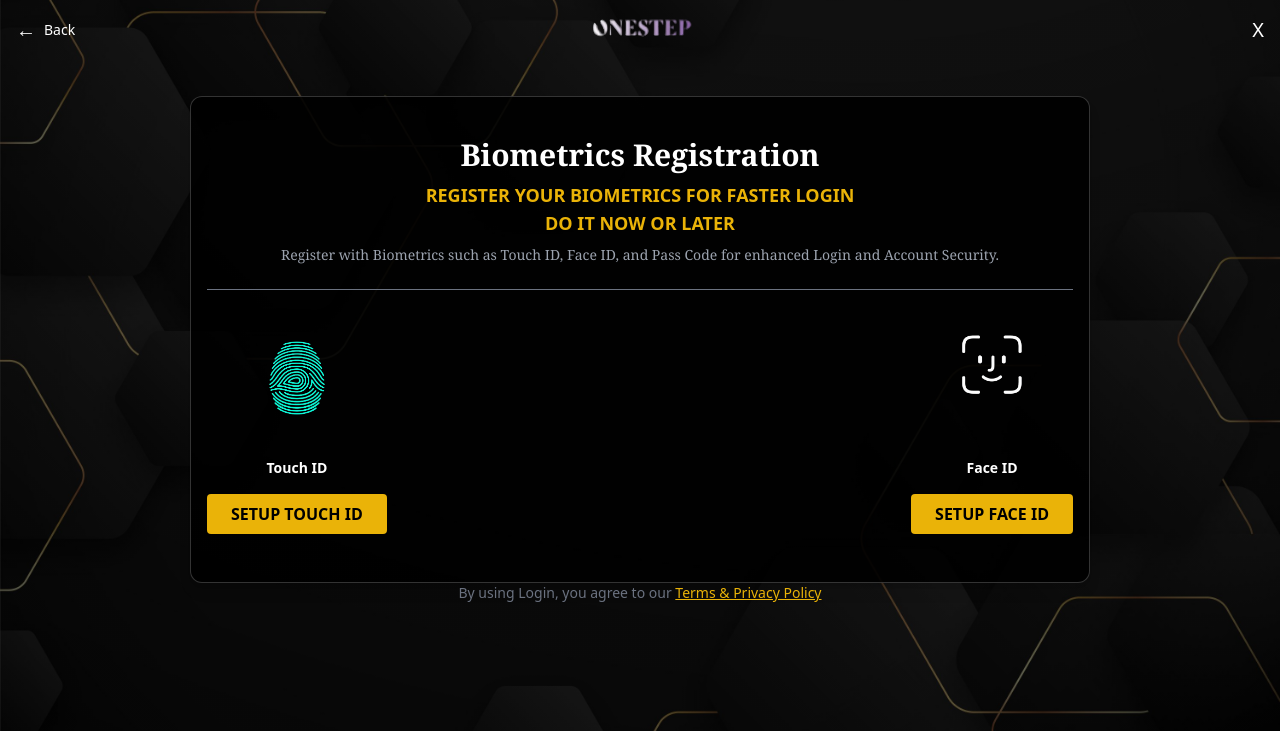
Repository: gloriousnetworker/onestep-authentication-system
Page: /biometrics-setup
These files come from the project's save history. The page is drawn as it stood at one moment and after the next save; the edit follows.
The browser window is 1280 px wide. The pictures show the whole page.
The project was rebuilt for these pictures with package versions that can differ from the ones it lists, and the page was loaded fresh each time. Also part of the build but not shown: vite.config.js, src/pages/LoginPage.jsx, src/pages/SignupPage.jsx, src/pages/GrantAccess.jsx, src/pages/GrantAccessSignup.jsx, src/pages/OTPVerificationPage.jsx, src/pages/OTPVerificationSignup.jsx, src/pages/AccountSetupPage.jsx and 7 more.

Above is the page before, as saved 2025-01-17 13:36:39.

After the next save:
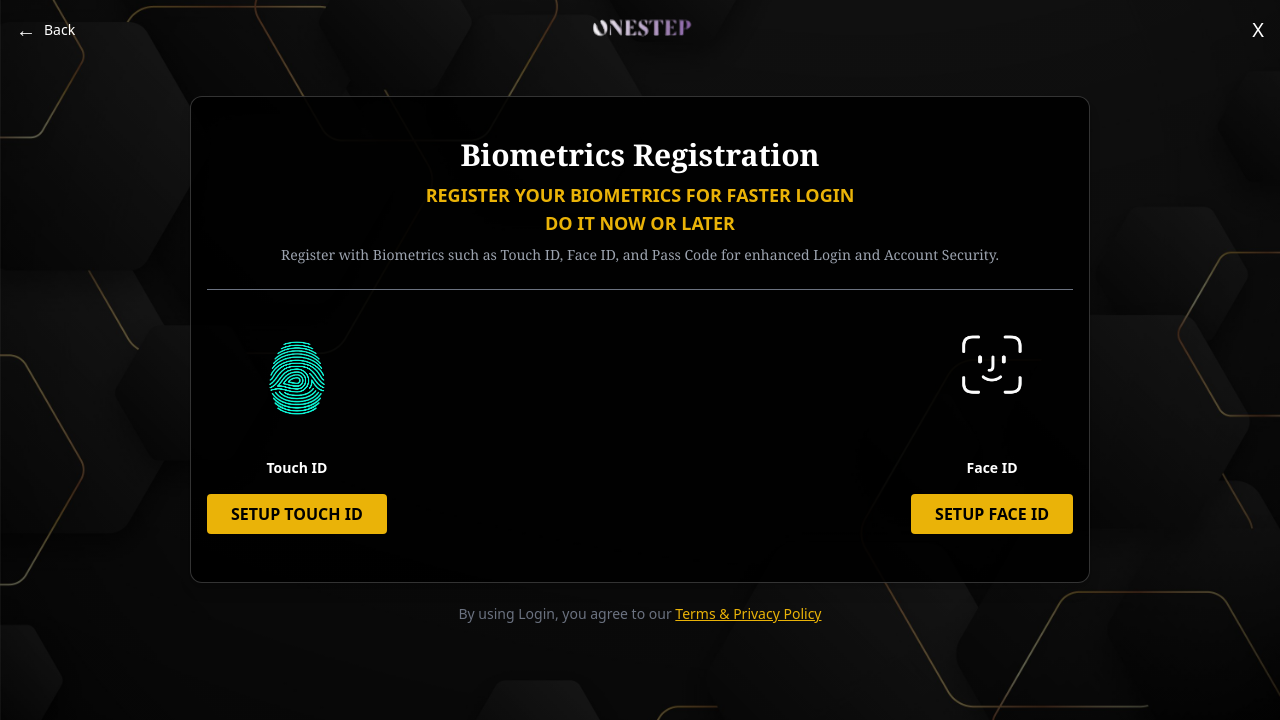
Saved 68 s later.
--- a/src/pages/BiometricsSetupPage.jsx
+++ b/src/pages/BiometricsSetupPage.jsx
@@ -90,7 +90,7 @@
       </div>
 
       {/* Footer */}
-      <div className="text-center text-sm text-gray-500 mb-32">
+      <div className="text-center text-sm text-gray-500 mb-24">
         By using Login, you agree to our{" "}
         <span className="text-yellow-500 underline cursor-pointer">
           Terms & Privacy Policy

After the save that followed:
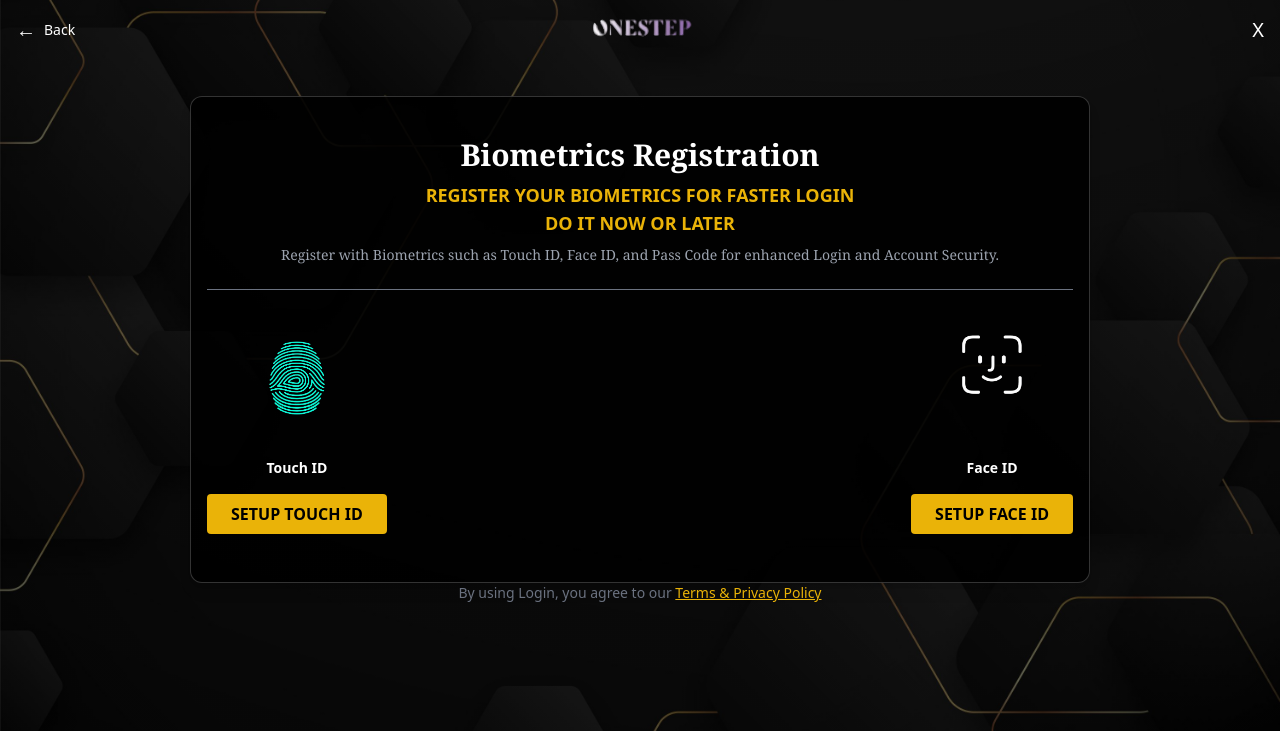
Saved 4 s later.
--- a/src/pages/BiometricsSetupPage.jsx
+++ b/src/pages/BiometricsSetupPage.jsx
@@ -90,7 +90,7 @@
       </div>
 
       {/* Footer */}
-      <div className="text-center text-sm text-gray-500 mb-24">
+      <div className="text-center text-sm text-gray-500 mb-32">
         By using Login, you agree to our{" "}
         <span className="text-yellow-500 underline cursor-pointer">
           Terms & Privacy Policy
